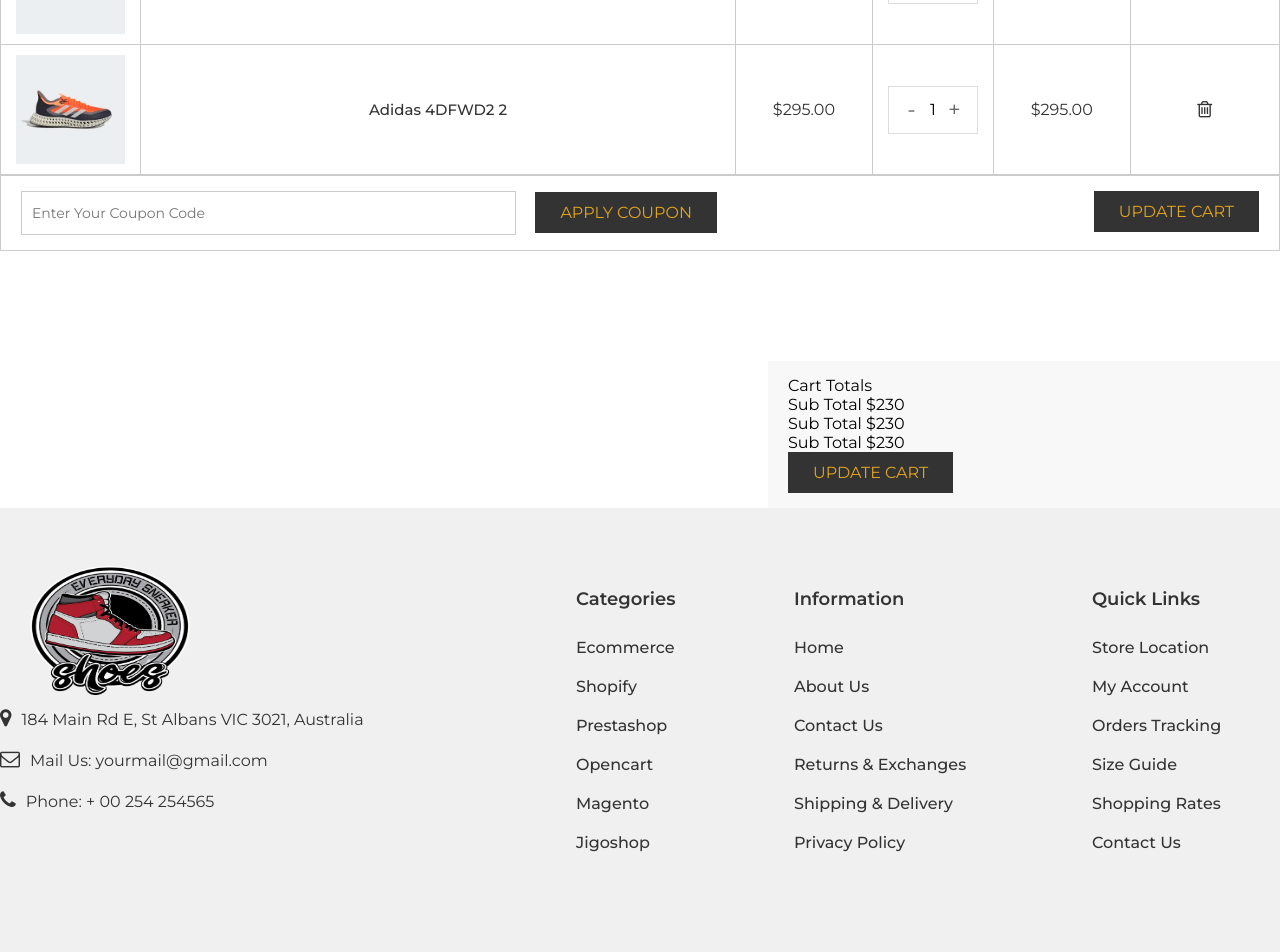
Repository: Toan3333/TranAnhToan
Page: pages/cart.html
An editor plug-in stored every save of this project. The page is shown before and after the next save, followed by the edit.
The browser window is 1280 px wide. The pictures show the part of the page from y = 672 to 1624 px (the page is 1624 px tall before and 1583 px after).

Above is the page before, as saved 2023-02-19 16:30:44.

### pages/cart.html
<!DOCTYPE html>
<html lang="en">
  <head>
    <meta charset="UTF-8" />
    <meta http-equiv="X-UA-Compatible" content="IE=edge" />
    <meta name="viewport" content="width=device-width, initial-scale=1.0" />
    <title>Cart</title>
    <link rel="stylesheet" href="../css/style.css" />
    <link
      rel="stylesheet"
      href="https://cdnjs.cloudflare.com/ajax/libs/font-awesome/4.7.0/css/font-awesome.min.css"
    />
    <link
      href="https://fonts.googleapis.com/css?family=Montserrat:100,200,300,regular,500,600,700,800,900,100italic,200italic,300italic,italic,500italic,600italic,700italic,800italic,900italic"
      rel="stylesheet"
    />
  </head>
  <body>
    <div class="main">
      <div class="container">
        <header class="header">
          <div class="header-logo">
            <a href="../index.html">
              <img src="../img/Logo-removebg-preview.png" alt=""
            /></a>
          </div>
          <nav class="header-menu">
            <a href="../index.html" class="active">Home</a>
            <a href="#">Page</a>
            <a href="../pages/shop.html">Shop</a>
            <a href="../pages/blog.html">Blog</a>
            <a href="../pages/contact.html">Contact Us</a>
          </nav>
          <div class="header-configure">
            <div class="header-icon">
              <a href="#">
                <i class="fa fa-search" aria-hidden="true"></i>
              </a>
              <a href="../pages/login.html">
                <i class="fa fa-user" aria-hidden="true"> </i>
              </a>
              <a href="#">
                <i class="fa fa-cart-arrow-down" aria-hidden="true"> </i>
              </a>
            </div>
          </div>
        </header>
      </div>
      <section class="breadcrumb-bg">
        <div class="container">
          <div class="breadcrubm-main">
            <h1 class="breadcrubm-title">Cart</h1>
            <ul class="breadcrubm">
              <li class="breadcrubm-item">
                <a href="../index.html">Home /</a>
              </li>
              <li class="breadcrubm-item">
                <a class="active" href="./product-detail.html">Cart</a>
              </li>
            </ul>
          </div>
        </div>
      </section>
      <section class="cart">
        <div class="container">
          <table>
            <thead>
              <tr>
                <th class="pro-thumnail">Thumbnail</th>
                <th class="pro-title">Product</th>
                <th class="pro-price">Price</th>
                <th class="pro-quantity">Quantity</th>
                <th class="pro-subtotal">Total</th>
                <th class="pro-remove">Remove</th>
              </tr>
            </thead>
            <tbody>
              <tr>
                <td class="pro-thumnail">
                  <img src="../img/product-shop-1.webp" alt="" />
                </td>
                <td class="pro-title"><a href="#">ULTRA 4D</a></td>
                <td class="pro-price">$295.00</td>
                <td class="pro-quantity">
                  <div class="product-detail__quantity">
                    <div class="quantity cart-quantity">
                      <span class="dec">-</span>
                      <input type="text" value="1" />
                      <span class="inc">+</span>
                    </div>
                  </div>
                </td>
                <td class="pro-subtotal">$295.00</td>
                <td class="pro-remove">
                  <i class="fa fa-trash-o" aria-hidden="true"></i>
                </td>
              </tr>
              <tr>
                <td class="pro-thumnail">
                  <img src="../img/product-shop-2.webp" alt="" />
                </td>
                <td class="pro-title"><a href="">ULTRA4D HURRICANES</a></td>
                <td class="pro-price">$300.00</td>
                <td class="pro-quantity">
                  <div class="product-detail__quantity">
                    <div class="quantity cart-quantity">
                      <span class="dec">-</span>
                      <input type="text" value="1" />
                      <span class="inc">+</span>
                    </div>
                  </div>
                </td>
                <td class="pro-subtotal">$300.00</td>
                <td class="pro-remove">
                  <i class="fa fa-trash-o" aria-hidden="true"></i>
                </td>
              </tr>
              <tr>
                <td class="pro-thumnail">
                  <img src="../img/product-shop-3.webp" alt="" />
                </td>
                <td class="pro-title"><a href="#"> Adidas 4DFWD2 2</a></td>
                <td class="pro-price">$295.00</td>
                <td class="pro-quantity">
                  <div class="product-detail__quantity">
                    <div class="quantity cart-quantity">
                      <span class="dec">-</span>
                      <input type="text" value="1" />
                      <span class="inc">+</span>
                    </div>
                  </div>
                </td>
                <td class="pro-subtotal">$295.00</td>
                <td class="pro-remove">
                  <i class="fa fa-trash-o" aria-hidden="true"></i>
                </td>
              </tr>
            </tbody>
          </table>
          <div class="cart-update">
            <div class="cart-apply__coupon">
              <form action="">
                <div class="cart-apply__input">
                  <input type="text" placeholder="Enter Your Coupon Code" />
                  <button class="cart-apply__btn">Apply Coupon</button>
                </div>
              </form>
            </div>
            <div class="cart-apply__update-cart">
              <button class="cart-apply__btn">Update Cart</button>
            </div>
          </div>
        </div>
      </section>
      <section class="cart-total">
        <div class="container">
          <div class="cart-total__box">
            <h3 class="cart-total__title">Cart Totals</h3>
            <div class="cart-calculate">
              <div class="cart-calculate__left">
                Sub Total <span>$230</span>
              </div>
            </div>
            <div class="cart-calculate">
              <div class="cart-calculate__left">
                Sub Total <span>$230</span>
              </div>
            </div>
            <div class="cart-calculate">
              <div class="cart-calculate__left">
                Sub Total <span>$230</span>
              </div>
            </div>
            <button class="cart-apply__btn">Update Cart</button>
          </div>
        </div>
      </section>
      <footer class="footer">
        <div class="container">
          <div class="footer-left">
            <div class="footer-column">
              <div class="footer-logo">
                <img src="../img/Logo-removebg-preview.png" alt="Logo" />
              </div>
            </div>
            <div class="footer-content">
              <ul class="footer-menu">
                <li>
                  <i class="fa fa-map-marker" aria-hidden="true"></i>184 Main Rd
                  E, St Albans VIC 3021, Australia
                </li>
                <li>
                  <i class="fa fa-envelope-o" aria-hidden="true"></i>Mail Us:
                  yourmail@gmail.com
                </li>
                <li>
                  <i class="fa fa-phone" aria-hidden="true"></i>Phone: + 00 254
                  254565
                </li>
              </ul>
            </div>
          </div>
          <div class="footer-right">
            <div class="footer-col mr">
              <h5 class="footer-title">Categories</h5>
              <div class="footer-content">
                <ul class="footer-menu">
                  <li class="footer-list">
                    <a href="#" class="footer-link">Ecommerce</a>
                  </li>
                  <li class="footer-list">
                    <a href="#" class="footer-link">Shopify </a>
                  </li>
                  <li class="footer-list">
                    <a href="#" class="footer-link">Prestashop</a>
                  </li>
                  <li class="footer-list">
                    <a href="#" class="footer-link">Opencart </a>
                  </li>
                  <li class="footer-list">
                    <a href="#" class="footer-link">Magento</a>
                  </li>
                  <li class="footer-list">
                    <a href="#" class="footer-link">Jigoshop</a>
                  </li>
                </ul>
              </div>
            </div>
            <div class="footer-col mr">
              <h5 class="footer-title">Information</h5>
              <div class="footer-content">
                <ul class="footer-menu">
                  <li class="footer-list">
                    <a href="#" class="footer-link">Home</a>
                  </li>
                  <li class="footer-list">
                    <a href="#" class="footer-link">About Us</a>
                  </li>
                  <li class="footer-list">
                    <a href="#" class="footer-link">Contact Us</a>
                  </li>
                  <li class="footer-list">
                    <a href="#" class="footer-link">Returns & Exchanges</a>
                  </li>
                  <li class="footer-list">
                    <a href="#" class="footer-link">Shipping & Delivery</a>
                  </li>
                  <li class="footer-list">
                    <a href="#" class="footer-link">Privacy Policy</a>
                  </li>
                </ul>
              </div>
            </div>
            <div class="footer-col ml">
              <h5 class="footer-title">Quick Links</h5>
              <div class="footer-content">
                <ul class="footer-menu">
                  <li class="footer-list">
                    <a href="#" class="footer-link">Store Location</a>
                  </li>
                  <li class="footer-list">
                    <a href="#" class="footer-link">My Account</a>
                  </li>
                  <li class="footer-list">
                    <a href="#" class="footer-link">Orders Tracking</a>
                  </li>
                  <li class="footer-list">
                    <a href="#" class="footer-link">Size Guide</a>
                  </li>
                  <li class="footer-list">
                    <a href="#" class="footer-link">Shopping Rates </a>
                  </li>
                  <li class="footer-list">
                    <a href="#" class="footer-link">Contact Us </a>
                  </li>
                </ul>
              </div>
            </div>
          </div>
        </div>
      </footer>
    </div>
  </body>
</html>

Loaded but not shown: css/style.css (1511 lines, source omitted)

After the next save:
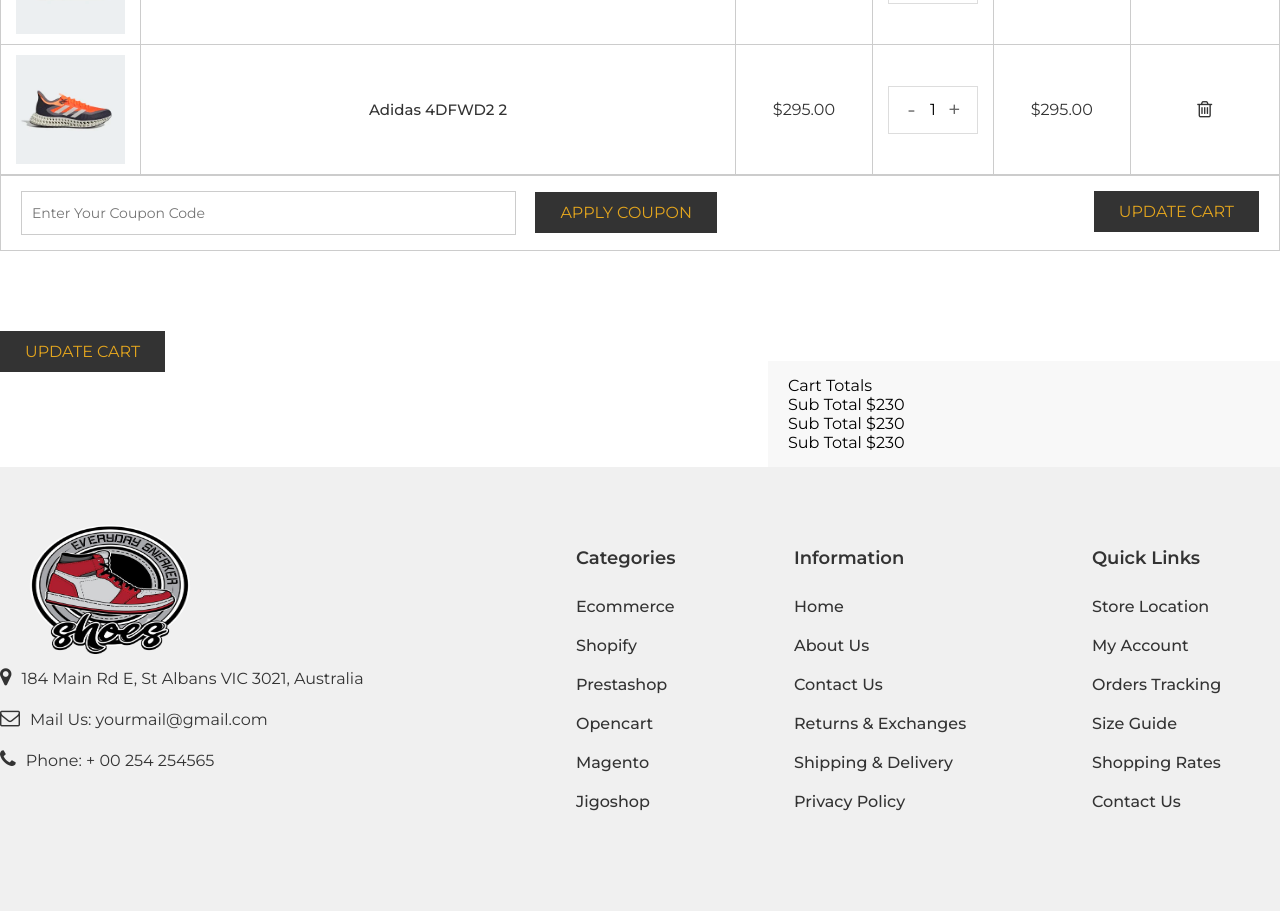
Saved 18 s later.
--- a/pages/cart.html
+++ b/pages/cart.html
@@ -171,8 +171,8 @@
                 Sub Total <span>$230</span>
               </div>
             </div>
-            <button class="cart-apply__btn">Update Cart</button>
-          </div>
+          </div>
+          <button class="cart-apply__btn">Update Cart</button>
         </div>
       </section>
       <footer class="footer">

After the save that followed:
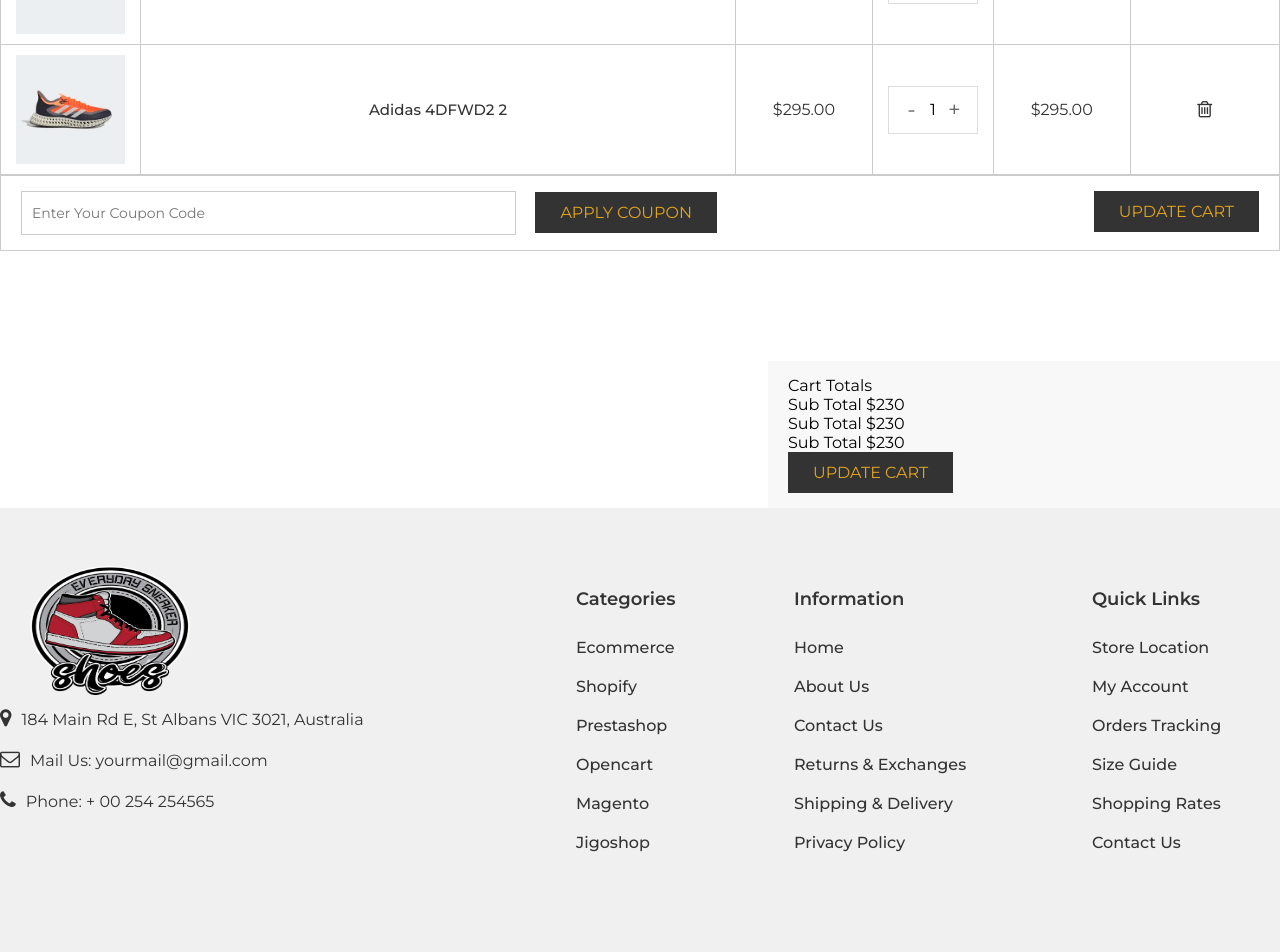
Saved 6 s later.
--- a/pages/cart.html
+++ b/pages/cart.html
@@ -171,8 +171,8 @@
                 Sub Total <span>$230</span>
               </div>
             </div>
-          </div>
-          <button class="cart-apply__btn">Update Cart</button>
+            <button class="cart-apply__btn">Update Cart</button>
+          </div>
         </div>
       </section>
       <footer class="footer">
